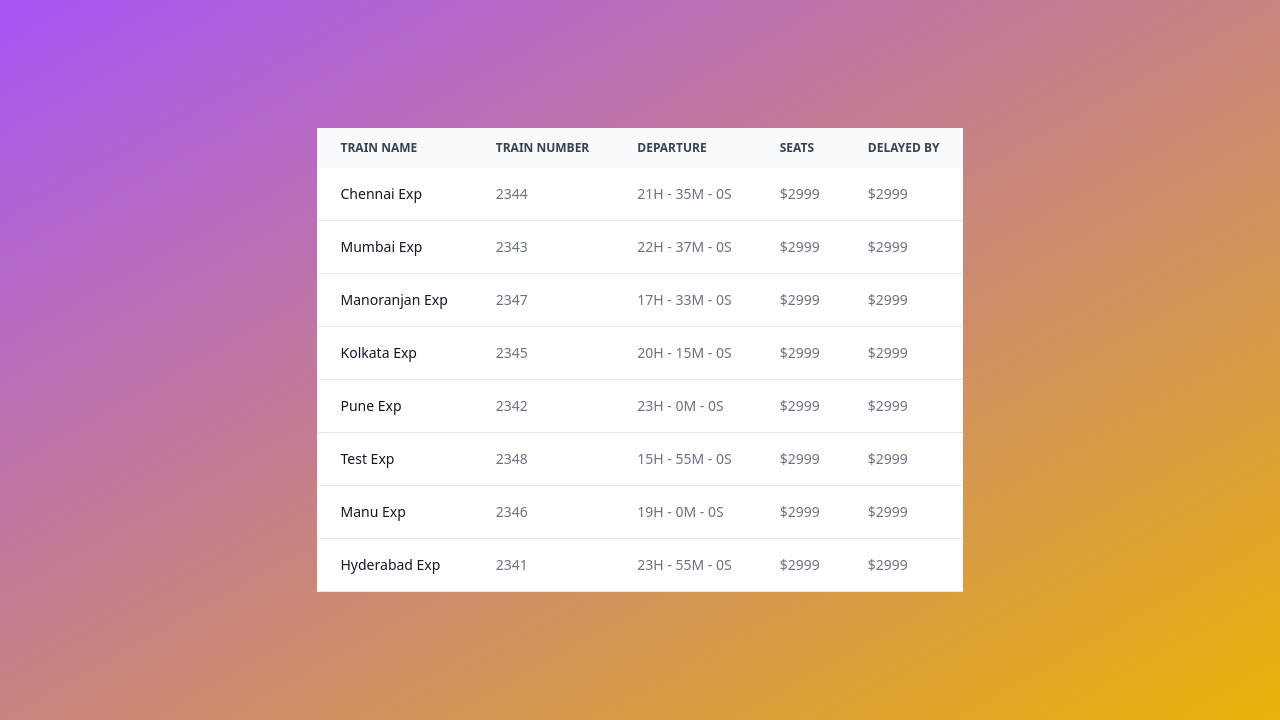
Repository: theanmol-raj/2010080029
Page: /
The author's editor kept a copy of each file at every save. The page is drawn from the files as they stood at one save, then again after the next save.
The browser window is 1280 px wide. The pictures show the whole page.
The project was rebuilt for these pictures with package versions that can differ from the ones it lists, and the page was loaded fresh each time.

Above is the page before, as saved 2023-04-29 20:46:26.

After the next save:
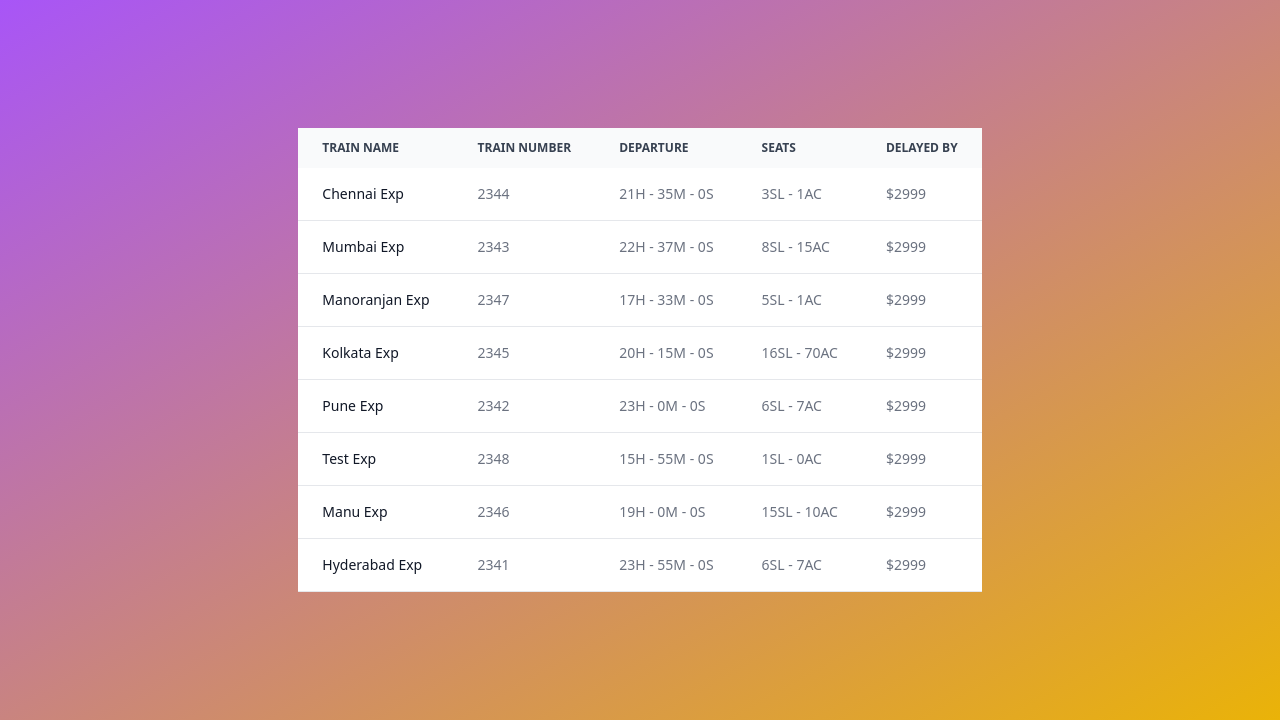
Saved 53 s later.
--- a/src/components/TrainINfo.jsx
+++ b/src/components/TrainINfo.jsx
@@ -36,7 +36,7 @@
                 </th>
                 <td class="px-6 py-4">{item.trainNumber}</td>
                 <td class="px-6 py-4">{item.departureTime.Hours}H - {item.departureTime.Minutes}M - {item.departureTime.Seconds}S</td>
-                <td class="px-6 py-4">$2999</td>
+                <td class="px-6 py-4">{item.seatsAvailable.sleeper}SL - {item.seatsAvailable.AC}AC</td>
                 <td class="px-6 py-4">$2999</td>
               </tr> )}
 
